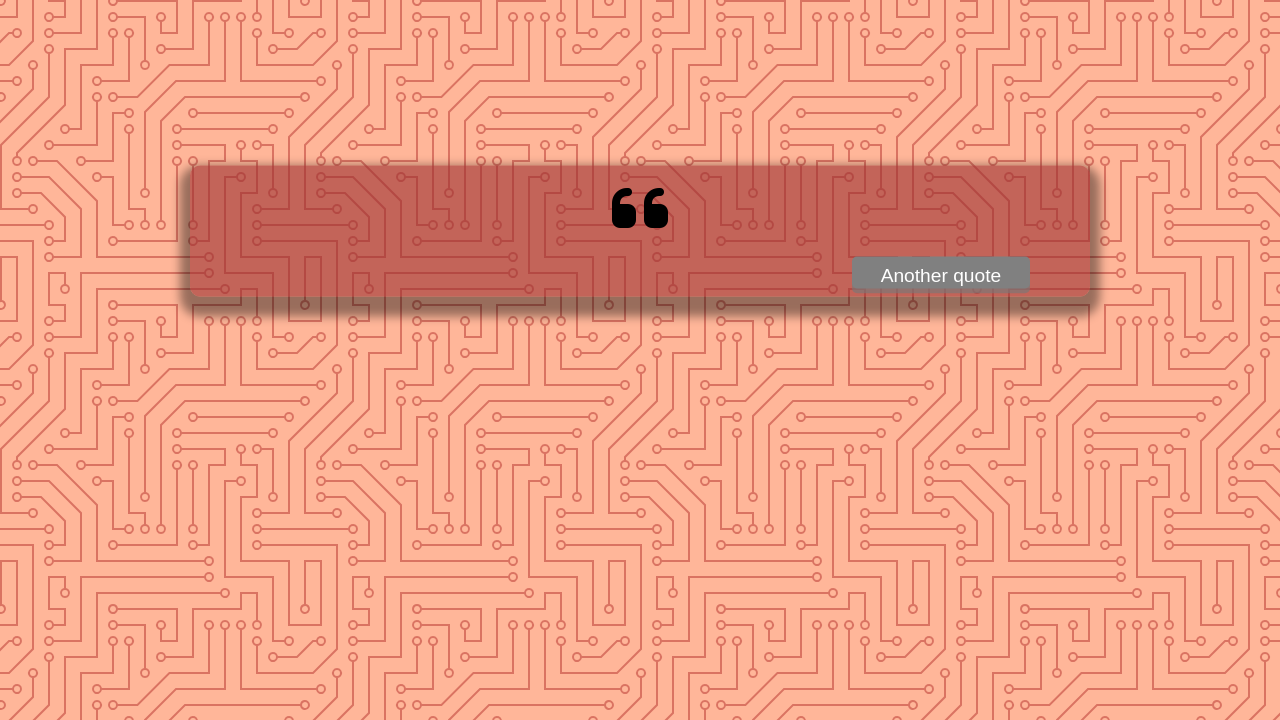
Repository: bmbrdr/QuoteGenerator
Page: index.html
An editor plug-in stored every save of this project. The page is shown before and after the next save, followed by the edit.
The browser window is 1280 px wide. The pictures show the whole page.
The page's requests for data from a server got no answer. Some web libraries are served in a nearby version.

Above is the page before, as saved 2021-12-24 21:17:22.

### index.html
<!DOCTYPE html>
<html lang="en">
<head>
    <script src="https://kit.fontawesome.com/121cc13a68.js" crossorigin="anonymous"></script>
    <meta charset="UTF-8">
    <meta http-equiv="X-UA-Compatible" content="IE=edge">
    <meta name="viewport" content="width=device-width, initial-scale=1.0">
    <link rel="icon" type="image/png" href="https://cdnjs.cloudflare.com/ajax/libs/font-awesome/6.0.0-beta2/css/all.min.css">
    <link rel="stylesheet" href="style.css">
    <title>Quote Generator</title>
</head>
<body>
    <div class="quote-container" id="quote-container">
        <div class="quote-text">
            <i class="fas fa-quote-left"></i>
            <span class="quote"></span>

        <div class="quote-author">
                <span class="author"></span>
        </div>

            <button class="new-quote">Another quote</button>

        </div>

    </div>


    <script src="main.js"></script>
</body>
</html>

### style.css
/* global styles  */
*{
    padding: 0;
    margin: 0;
    box-sizing: border-box;
}
/* html{
    position: relative;
} */
body{
    background-color:  rgba(255,134,86, .6);
    background-image: url("data:[embedded picture, 5329 characters]");
    color: #000;
    font-family: 'Franklin Gothic Medium', 'Arial Narrow', Arial, sans-serif;
    font-weight: 700;
    text-align: center;
    position: relative;
    /* top:50%;
    left:50%;
    transform:  translate(-50%, 50%); */
}




/* text styles */

.quote-container{
    position: relative;
    top: 100px;
    left: 50%;
    transform: translate(-50%, 50%);
    width: auto;
    max-width: 900px;
    padding: 10px 60px 40px;
    border-radius: 10px;
    background-color: rgba( 155,45,48, .6);
    box-shadow: 0 10px 10px 10px rgba(0,0,0, .4);
}

.quote-text{
    font-size: 2.7rem;

}

.fa-quote-left{
    font-size: 4rem;
}

.quote-author{
    margin-top: 15px;
    font-size: 2rem;
    font-weight: 400;
    font-style: italic;
}




/* buttons style */

.new-quote{
    float: right;
}

button{
    cursor: pointer;
    font-size: 1.2rem;
    height: 2rem;
    border: none;
    border-radius: 5px;
    color: white;
    background-color: gray;
    outline: none;
    padding: .5rem 1.8rem;
    box-shadow: 0 0.3rem rgba(121, 121, 121, .65);

}

button:hover{
    filter: brightness(110%);
}

button:active{
    transform: translate(0, .1rem);
    box-shadow: 0 .15rem rgba(gray, .65);
}

### main.js
// Constants

const quoteContainer = document.querySelector("#quote-container");
const quoteText = document.querySelector('.quote');
const authorText = document.querySelector('.author');
const newQuoteBtn = document.querySelector('.new-quote');



// API Array
let apiMotivation = [];


//  Displaying random quote
function newQuote(){
    const quote = apiMotivation[Math.floor(Math.random()* apiMotivation.length)]

    if(!quote.author){
        quote.author= "Unknown";
    }
    authorText.textContent= quote.author;
    quoteText.textContent= quote.text;
}


//  Main system
async function getMotivation(){
    const apiUrl = "https://type.fit/api/quotes";


    try{
        const respone = await fetch(apiUrl);
        apiMotivation = await respone.json();
        newQuote();

    } catch{
        // Catch error
    }
}

// Button

newQuoteBtn.addEventListener('click',newQuote);


//  Calling just to check
getMotivation();

After the next save:
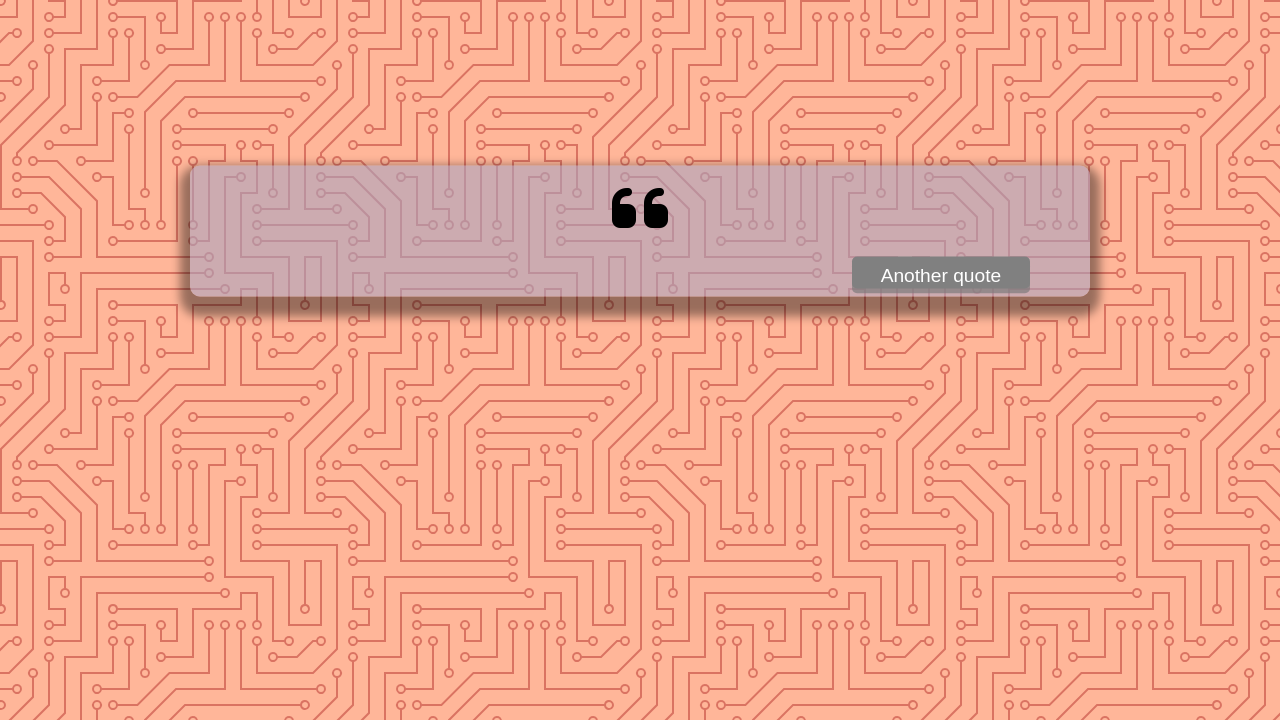
Saved 21 s later.
--- a/style.css
+++ b/style.css
@@ -34,7 +34,7 @@ body{
     max-width: 900px;
     padding: 10px 60px 40px;
     border-radius: 10px;
-    background-color: rgba( 155,45,48, .6);
+    background-color: rgba( 170, 163, 192, .6);
     box-shadow: 0 10px 10px 10px rgba(0,0,0, .4);
 }
 
